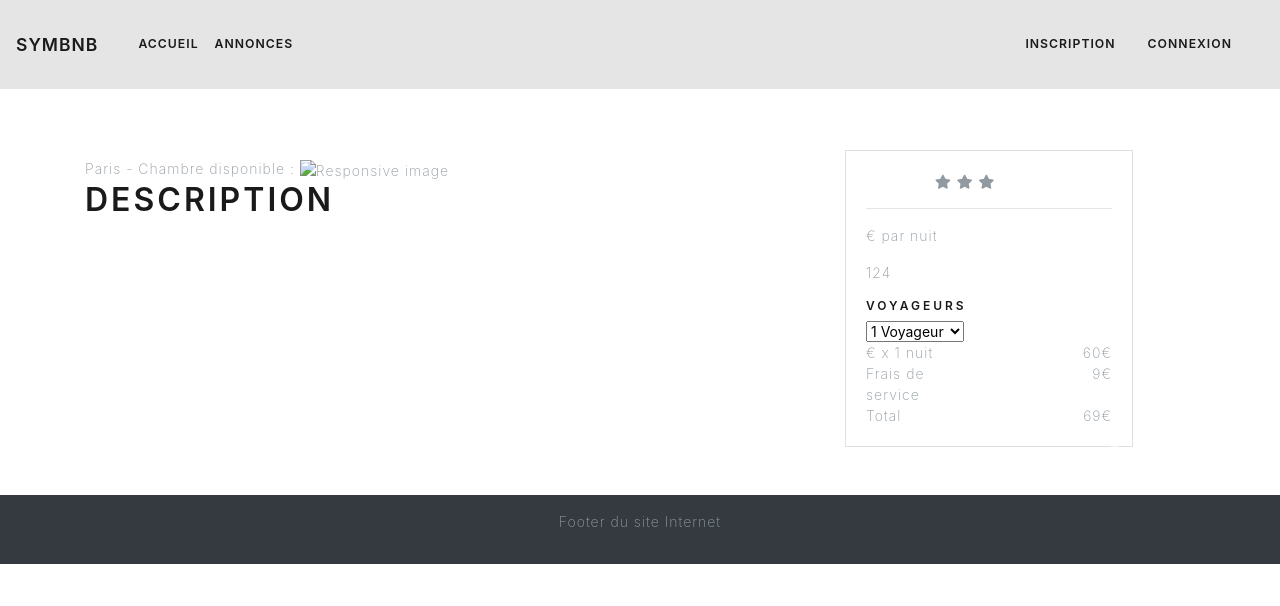
Repository: buzzEclair/symbnb
Page: templates/ad/show.html.twig
These files come from the project's save history. The page is drawn as it stood at one moment and after the next save; the edit follows.
The browser window is 1280 px wide. The pictures show the whole page.
Some web fonts or font styles are not loaded; a fallback is used. The page is a Twig template of a Symfony application; nobody is signed in and links lead nowhere. The template is opened directly, without the code that normally fills it, so the values that code supplies are empty.

Above is the page before, as saved 2019-03-04 14:42:50.

### templates/ad/show.html.twig
{% extends 'base.html.twig' %}

{% block title %}{{ad.title}}{% endblock %}

{% block body %}

<div class="container content-ad-page">

        <div class="row content-ad-rent">
            <div class="col-sm-8">
                <h3>{{ad.title}}</h3>
                <span class="city-ad">Paris - Chambre disponible : <span class="text-success">{{ad.rooms}}</span></span>

                <img src="{{ad.coverImage}}" class="img-fluid" alt="Responsive image">

                <div class="ad-description">
                    <h1>Description</h1>
                    <p>{{ad.introduction}}</p>

                    <p>{{ ad.content | raw }}</p>
                </div>
            </div>
            <div class="col-sm">
                <div class="card" style="width: 18rem;">
                    <div class="card-body">
                        <div class="row">
                            <div class="col-3"><img class="rounded-circle w-100" src="{{ad.author.picture}}" alt=""></div>
                            <div class="col-8">{{ad.author.firstName}} {{ad.author.lastName}}
                                <div class="row">
                                    <div class="col-12">
                                        <span class="card-parameter-stars">
                                            <i class="fas fa-star"></i>
                                            <i class="fas fa-star"></i>
                                            <i class="fas fa-star"></i>

                                        </span>
                                    </div>
                                </div>
                            </div>
                        </div>

                        <hr />
                        <p class="card-info-1">
                            <span class="card-parameter-price">{{ ad.price }}</span> € par nuit
                        </p>
                        <p class="card-info-2">

                            <span class="card-parameter-vote">124</span> <a href=""><span class="card-parameter-rank">
                                 <span class="text-uppercase"></span></span></a>
                        </p>
                        <h6>Voyageurs</h6>
                        <select name="n-voyageur" id="n-voyageur">
                            <option value="1 Voyageur">1 Voyageur</option>
                            <option value="2 Voyageurs">2 Voyageur</option>
                        </select>
                        <div class="row bill-calcul">
                            <div class="col-sm-6">
                                {{ad.price}}€ x 1 nuit
                            </div>
                            <div class="col-sm-6 text-right">
                                60€
                            </div>
                        </div>
                        <div class="row bill-calcul">
                            <div class="col-sm-6">
                                Frais de service
                            </div>
                            <div class="col-sm-6 text-right">
                                9€
                            </div>
                        </div>
                        <div class="row bill-calcul-total">
                            <div class="col-sm-6">
                                Total
                            </div>
                            <div class="col-sm-6 text-right">
                                69€
                            </div>
                        </div>
                    </div>
                </div>
            </div>
        </div>

        <div id="carouselExampleIndicators" class="carousel slide" data-ride="carousel">
                <ol class="carousel-indicators">
                    {% for image in ad.images %}
                     <li data-target="#carouselExampleIndicators" data-slide-to="{{ loop.index0 }}" {% if loop.first %}class="active"{% endif %}></li>
                    {% endfor %}
                </ol>
                <div class="carousel-inner">
                    {% for image in ad.images %}
                        <div class="carousel-item {% if loop.first %}active{% endif %}">
                            <img class="d-block w-100" src="{{ image.url }}" alt="First slide">
                            <div class="carousel-caption d-none d-md-block">
                                <h5>{{ ad.title }}</h5>
                                <p>{{ image.caption }}</p>
                            </div>
                        </div>
                    {% endfor %}
                </div>
                <a class="carousel-control-prev" href="#carouselExampleIndicators" role="button" data-slide="prev">
                    <span class="carousel-control-prev-icon" aria-hidden="true"></span>
                    <span class="sr-only">Previous</span>
                </a>
                <a class="carousel-control-next" href="#carouselExampleIndicators" role="button" data-slide="next">
                    <span class="carousel-control-next-icon" aria-hidden="true"></span>
                    <span class="sr-only">Next</span>
                </a>
            </div>
    </div>



{% endblock %}

### templates/base.html.twig
<!DOCTYPE html>
<html>
    <head>
        <meta charset="UTF-8">
        <title>{% block title %}Welcome!{% endblock %}</title>
        <link rel="stylesheet" href="/css/bootstrap.min.css">
        <link rel="stylesheet" href="https://use.fontawesome.com/releases/v5.7.2/css/all.css" integrity="sha384-fnmOCqbTlWIlj8LyTjo7mOUStjsKC4pOpQbqyi7RrhN7udi9RwhKkMHpvLbHG9Sr" crossorigin="anonymous">


        <link rel="stylesheet" href="/css/base.css">
        {% block stylesheets %}{% endblock %}
    </head>
    <body>

        {% include 'partials/header.html.twig' %}

        <style>
            .container{padding-top: 150px;}
        </style>
        {% block body %}{% endblock %}
        {% include 'partials/footer.html.twig' %}
        <script src="/js/jquery.min.js"></script>
        <script src="/js/popper.min.js"></script>
        <script src="/js/bootstrap.min.js"></script>
        {% block javascripts %}{% endblock %}
    </body>
</html>

### templates/partials/header.html.twig
<nav class="navbar navbar-expand-lg">
    <a class="navbar-brand" href="{{path('homepage')}}">Symbnb</a>
    <button class="navbar-toggler" type="button" data-toggle="collapse" data-target="#navbarColor01" aria-controls="navbarColor01" aria-expanded="false" aria-label="Toggle navigation">
        <span class="navbar-toggler-icon">Menu</span>
    </button>

    <div class="collapse navbar-collapse" id="navbarColor01">
        <ul class="navbar-nav mr-auto">
            <li class="">
                <a class="nav-link" href="{{path('homepage')}}">Accueil </a>
            </li>
            <li class="">
                <a class="nav-link" href="{{path('ads_index')}}">Annonces </a>
            </li>
        </ul>

        <ul class="navbar-nav ml-auto">
            {% if app.user %}
                <li class="nav-item">
                    <a href="{{ path('account_logout') }}">déconnexion</a>
                </li>
            {% else %}
                <li class="nav-item">
                    <a href="{{ path('account_register') }}">Inscription</a>
                </li>
                <li class="nav-item">
                    <a href="{{ path('account_login') }}">Connexion</a>
                </li>
            {% endif %}

        </ul>
    </div>
</nav>

{% for label, messages in app.flashes %}
    <div class="container">
        <div class="alert alert-success">
            {% for message in messages %}
                <p>{{ message | raw }}</p>
            {% endfor %}
        </div>
    </div>
{% endfor %}

### templates/partials/footer.html.twig
<footer class="mt-5 bg-dark py-3 text-center">
    <p>Footer du site Internet</p>
</footer>

### public/css/base.css
.navbar{
    position: absolute;
    z-index: 10;
    width: 100%;
    background: rgba(0, 0, 0, 0.1);
}

Loaded but not shown: public/css/bootstrap.min.css (library); public/js/jquery.min.js (library); public/js/popper.min.js (library); public/js/bootstrap.min.js (library)

After the next save:
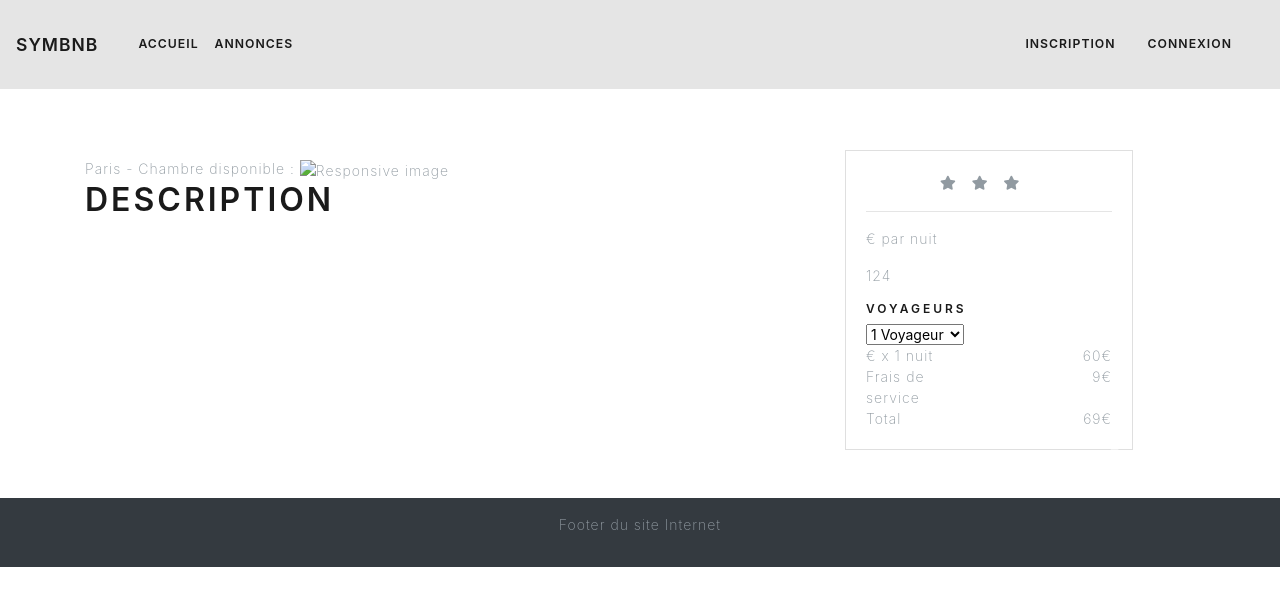
Saved 28 s later.
--- a/public/css/base.css
+++ b/public/css/base.css
@@ -4,3 +4,7 @@
     width: 100%;
     background: rgba(0, 0, 0, 0.1);
 }
+
+.card-parameter-stars i{
+    padding: 5px;
+}

After the save that followed:
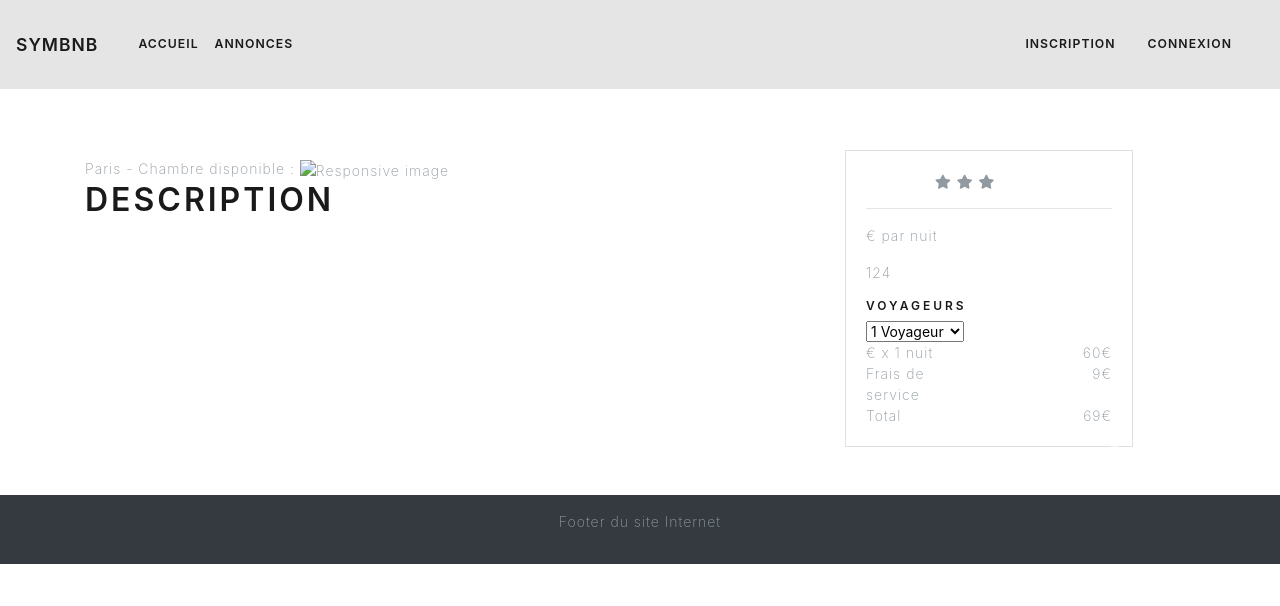
Saved 8 s later.
--- a/public/css/base.css
+++ b/public/css/base.css
@@ -6,5 +6,5 @@
 }
 
 .card-parameter-stars i{
-    padding: 5px;
+    padding: -2px;
 }
